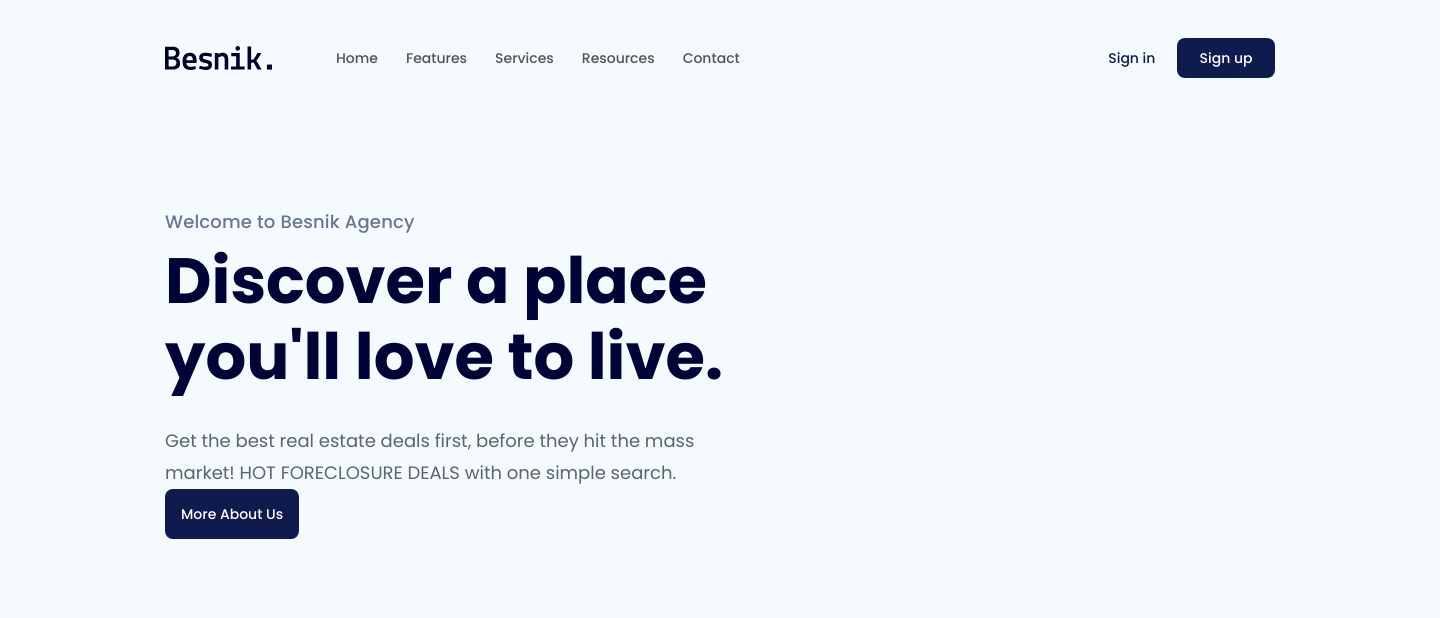
Repository: Tctiensk/f8-htmlcss-01
Page: index.html
These files come from the project's save history. The page is drawn as it stood at one moment and after the next save; the edit follows.
The browser window is 1280 px wide. The page is 1440 px wide, so the pictures cover 1440 px, including what lies to the right of the window. The pictures show the whole page.

Above is the page before, as saved 2022-11-30 00:30:20.

### index.html
<!DOCTYPE html>
<html lang="en">
    <head>
        <meta charset="UTF-8" />
        <meta http-equiv="X-UA-Compatible" content="IE=edge" />
        <meta name="viewport" content="width=device-width, initial-scale=1.0" />
        <title>F8 PROJECT 01</title>
        <link rel="stylesheet" href="./assets/css/reset.css" />
        <link rel="stylesheet" href="./assets/fonts/stylesheet.css" />
        <link rel="stylesheet" href="./assets/css/style.css" />
    </head>

    <body>
        <main>
            <!-- header -->
            <header class="header">
                <div class="content">
                    <nav class="navbar">
                        <!-- logo -->
                        <img src="./assets/img/Logo.svg" alt="Besnik." />
                        <!-- navigation -->
                        <ul>
                            <li><a href="#!">Home</a></li>
                            <li><a href="#!">Features</a></li>
                            <li><a href="#!">Services</a></li>
                            <li><a href="#!">Resources</a></li>
                            <li><a href="#!">Contact</a></li>
                        </ul>

                        <!-- action -->
                        <div class="action">
                            <a href="" class="action-link">Sign in </a>
                            <a href="" class="btn action-btn">Sign up </a>
                        </div>
                    </nav>

                    <div class="hero">
                        <div class="info">
                            <p class="sub-title">Welcome to Besnik Agency</p>
                            <h1 class="title">
                                Discover a place you'll love to live.
                            </h1>
                            <p class="desc">
                                Get the best real estate deals first, before
                                they hit the mass market! HOT FORECLOSURE DEALS
                                with one simple search.
                            </p>
                            <a href="#!" class="btn hero-cta">More About Us</a>
                        </div>
                    </div>
                </div>
            </header>
        </main>
    </body>
</html>

### assets/fonts/stylesheet.css
@font-face {
    font-family: "Poppins";
    src: url("Poppins/Poppins-BoldItalic.woff2") format("woff2"),
        url("Poppins/Poppins-BoldItalic.woff") format("woff");
    font-weight: bold;
    font-style: italic;
    font-display: swap;
}

@font-face {
    font-family: "Poppins";
    src: url("Poppins/Poppins-ExtraBold.woff2") format("woff2"),
        url("Poppins/Poppins-ExtraBold.woff") format("woff");
    font-weight: bold;
    font-style: normal;
    font-display: swap;
}

@font-face {
    font-family: "Poppins";
    src: url("Poppins/Poppins-BlackItalic.woff2") format("woff2"),
        url("Poppins/Poppins-BlackItalic.woff") format("woff");
    font-weight: 900;
    font-style: italic;
    font-display: swap;
}

@font-face {
    font-family: "Poppins";
    src: url("Poppins/Poppins-ExtraBoldItalic.woff2") format("woff2"),
        url("Poppins/Poppins-ExtraBoldItalic.woff") format("woff");
    font-weight: bold;
    font-style: italic;
    font-display: swap;
}

@font-face {
    font-family: "Poppins";
    src: url("Poppins/Poppins-Bold.woff2") format("woff2"),
        url("Poppins/Poppins-Bold.woff") format("woff");
    font-weight: bold;
    font-style: normal;
    font-display: swap;
}

@font-face {
    font-family: "Poppins";
    src: url("Poppins/Poppins-Black.woff2") format("woff2"),
        url("Poppins/Poppins-Black.woff") format("woff");
    font-weight: 900;
    font-style: normal;
    font-display: swap;
}

@font-face {
    font-family: "Poppins";
    src: url("Poppins/Poppins-LightItalic.woff2") format("woff2"),
        url("Poppins/Poppins-LightItalic.woff") format("woff");
    font-weight: 300;
    font-style: italic;
    font-display: swap;
}

@font-face {
    font-family: "Poppins";
    src: url("Poppins/Poppins-Medium.woff2") format("woff2"),
        url("Poppins/Poppins-Medium.woff") format("woff");
    font-weight: 500;
    font-style: normal;
    font-display: swap;
}

@font-face {
    font-family: "Poppins";
    src: url("Poppins/Poppins-ExtraLightItalic.woff2") format("woff2"),
        url("Poppins/Poppins-ExtraLightItalic.woff") format("woff");
    font-weight: 200;
    font-style: italic;
    font-display: swap;
}

@font-face {
    font-family: "Poppins";
    src: url("Poppins/Poppins-Italic.woff2") format("woff2"),
        url("Poppins/Poppins-Italic.woff") format("woff");
    font-weight: normal;
    font-style: italic;
    font-display: swap;
}

@font-face {
    font-family: "Poppins";
    src: url("Poppins/Poppins-Light.woff2") format("woff2"),
        url("Poppins/Poppins-Light.woff") format("woff");
    font-weight: 300;
    font-style: normal;
    font-display: swap;
}

@font-face {
    font-family: "Poppins";
    src: url("Poppins/Poppins-ExtraLight.woff2") format("woff2"),
        url("Poppins/Poppins-ExtraLight.woff") format("woff");
    font-weight: 200;
    font-style: normal;
    font-display: swap;
}

@font-face {
    font-family: "Poppins";
    src: url("Poppins/Poppins-SemiBoldItalic.woff2") format("woff2"),
        url("Poppins/Poppins-SemiBoldItalic.woff") format("woff");
    font-weight: 600;
    font-style: italic;
    font-display: swap;
}

@font-face {
    font-family: "Poppins";
    src: url("Poppins/Poppins-Regular.woff2") format("woff2"),
        url("Poppins/Poppins-Regular.woff") format("woff");
    font-weight: normal;
    font-style: normal;
    font-display: swap;
}

@font-face {
    font-family: "Poppins";
    src: url("Poppins/Poppins-ThinItalic.woff2") format("woff2"),
        url("Poppins/Poppins-ThinItalic.woff") format("woff");
    font-weight: 100;
    font-style: italic;
    font-display: swap;
}
@font-face {
    font-family: "Poppins";
    src: url("Poppins/Poppins-MediumItalic.woff2") format("woff2"),
        url("Poppins/Poppins-MediumItalic.woff") format("woff");
    font-weight: 500;
    font-style: italic;
    font-display: swap;
}

@font-face {
    font-family: "Poppins";
    src: url("Poppins/Poppins-SemiBold.woff2") format("woff2"),
        url("Poppins/Poppins-SemiBold.woff") format("woff");
    font-weight: 600;
    font-style: normal;
    font-display: swap;
}

@font-face {
    font-family: "Poppins";
    src: url("Poppins/Poppins-Thin.woff2") format("woff2"),
        url("Poppins/Poppins-Thin.woff") format("woff");
    font-weight: 100;
    font-style: normal;
    font-display: swap;
}

### assets/css/style.css
* {
    box-sizing: border-box;
}

:root {
    --primary-color: #0f1b4c;
}
html {
    font-size: 62.5%;
}
body {
    font-size: 1.6rem;
    font-family: "Poppins", sans-serif;
}
/* common */
a {
    text-decoration: none;
}
.content {
    width: 1110px;
    max-width: calc(100% -48px);
    margin-left: auto;
    margin-right: auto;
}
/* header */
.header {
    width: 1440px;
    height: 100vh;
    background-color: #f5fafe;
}
.navbar {
    display: flex;
    align-items: center;
    padding-top: 38px;
}
.navbar ul {
    display: flex;
    margin-left: 50px;
}
.navbar .action {
    margin-left: auto;
}
.navbar ul a {
    font-weight: 500;
    font-size: 1.4rem;
    line-height: 21px;
    color: #4f5361;
    padding: 8px 1.4rem;
}
.navbar ul a:hover {
    text-decoration: underline;
}
.navbar .action-link {
    font-weight: 500;
    font-size: 1.4rem;
    line-height: 21px;
    color: var(--primary-color);
}
.btn {
    display: inline-block;
    min-width: 98px;
    padding: 18px 16px;
    background: var(--primary-color);
    border-radius: 8px;
    font-weight: 500;
    font-size: 1.4rem;
    text-align: center;
    color: #ffffff;
}
.btn:hover {
    opacity: 0.9;
}
.btn .hero-cta {
    min-width: 170px;
    margin-top: 40px;
}
.navbar .action-btn {
    padding: 13px 16px;
    margin-left: 18px;
}
.hero {
    margin-top: 130px;
}
.hero .sub-title {
    font-weight: 500;
    font-size: 1.8rem;
    line-height: 1.5;
    letter-spacing: 0.01em;
    color: #687691;
}
.hero .title {
    margin-top: 8px;
    font-weight: 700;
    font-size: 6.4rem;
    line-height: 1.19;
    color: #000336;
}
.hero .info {
    width: 51%;
}
.hero .desc {
    margin-top: 30px;
    font-weight: 400;
    font-size: 18px;
    line-height: 32px;
    color: #5a6473;
}

Loaded but not shown: assets/css/reset.css (common file)

After the next save:
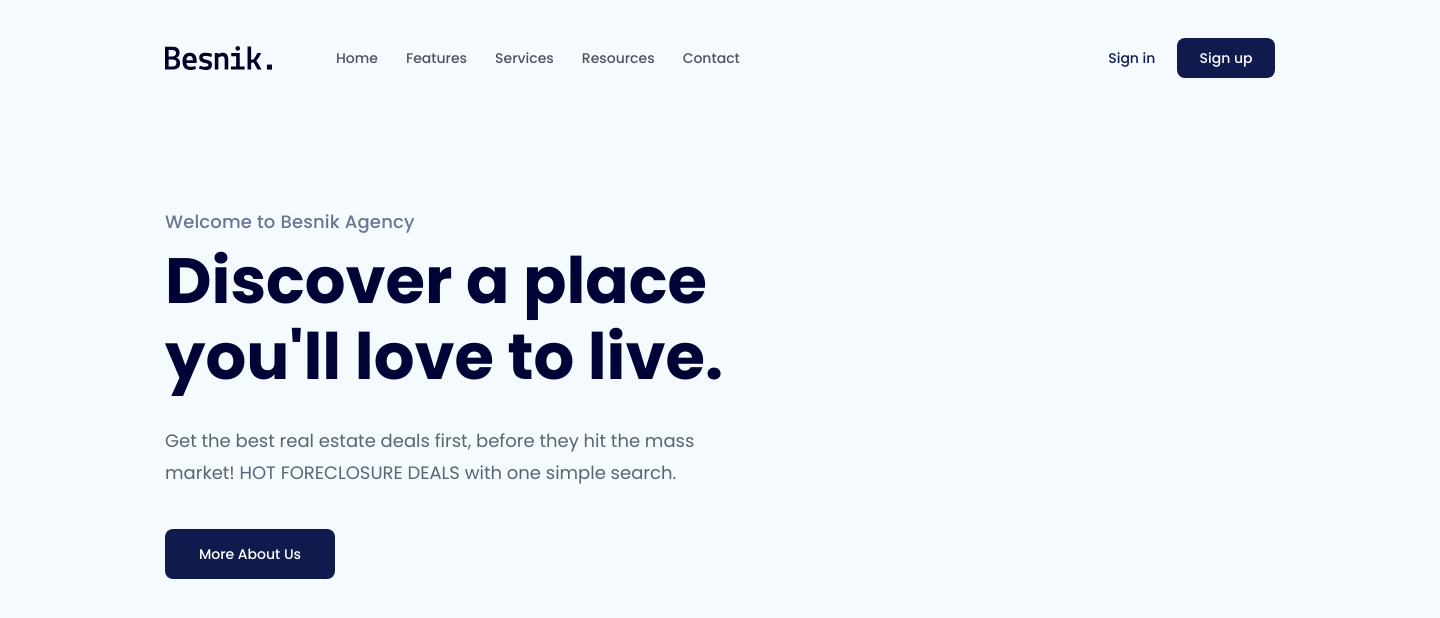
Saved 9 s later.
--- a/assets/css/style.css
+++ b/assets/css/style.css
@@ -70,7 +70,7 @@
 .btn:hover {
     opacity: 0.9;
 }
-.btn .hero-cta {
+.hero-cta {
     min-width: 170px;
     margin-top: 40px;
 }

After the save that followed:
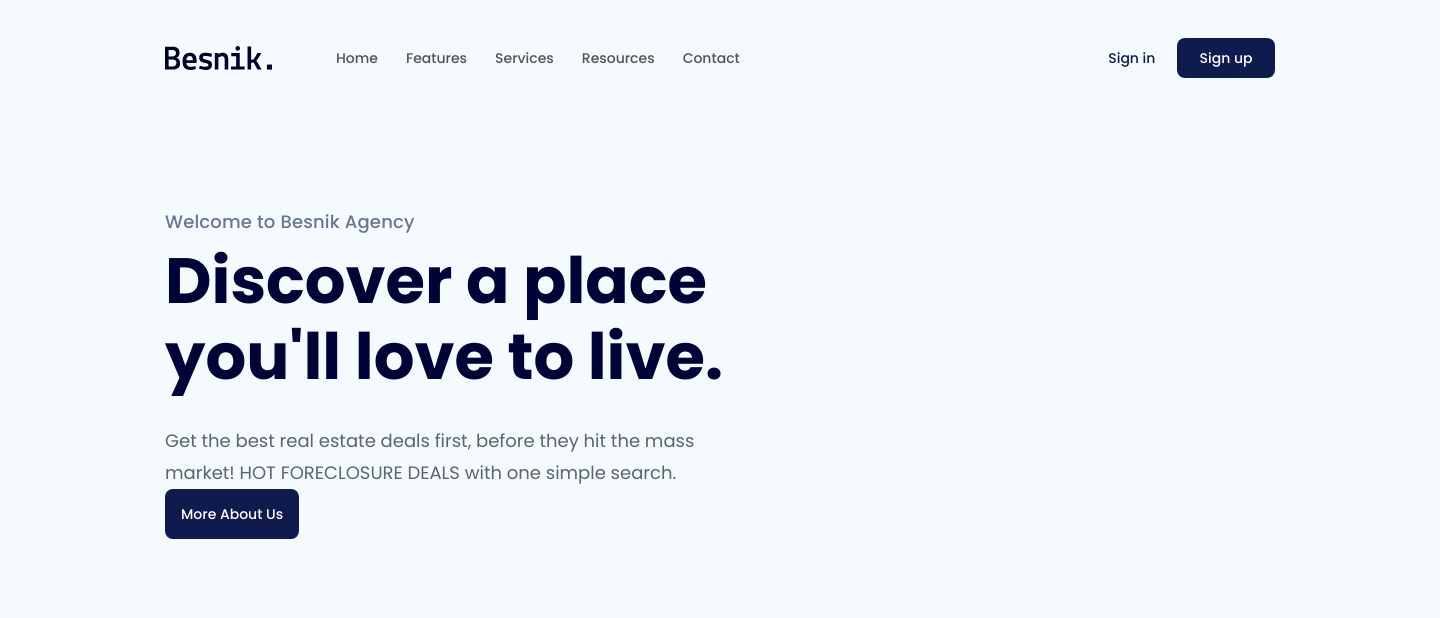
Saved 8 s later.
--- a/assets/css/style.css
+++ b/assets/css/style.css
@@ -70,7 +70,7 @@
 .btn:hover {
     opacity: 0.9;
 }
-.hero-cta {
+.btn .hero-cta {
     min-width: 170px;
     margin-top: 40px;
 }
